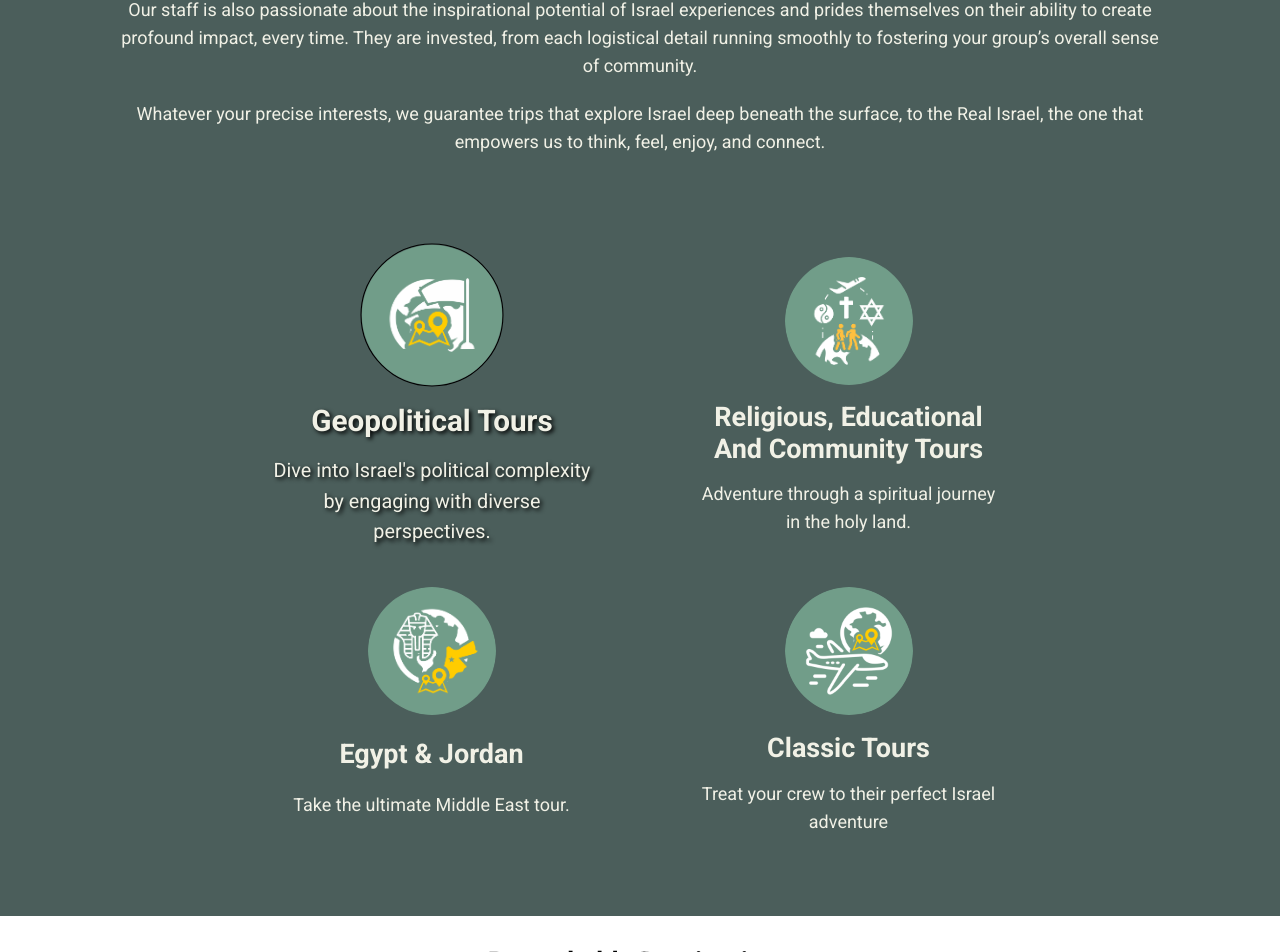
Repository: Pafestivo/realIsraelTours
Page: / (app in frontend/)
The author's editor kept a copy of each file at every save. The page is drawn from the files as they stood at one save, then again after the next save.
The browser window is 1280 px wide. The pictures show the part of the page from y = 978 to 1930 px (the page is 2108 px tall).
The pointer rests on the first visible `.tripCard`.
The project was rebuilt for these pictures with package versions that can differ from the ones it lists, and the page was loaded fresh each time. The framework's server and built-in components were replaced by stand-ins that run in the browser. Also part of the build but not shown: frontend/next.config.js. Imported but missing from the stored project, and not drawn on this page: frontend/src/assets/videoBG.mp4.

Above is the page before, as saved 2023-09-20 16:36:48.

### frontend/src/app/layout.tsx
import type { Metadata } from "next";
import "@/styles/globals.css";
import { roboto } from "@/app/fonts";
import { config } from "@fortawesome/fontawesome-svg-core";
import "@fortawesome/fontawesome-svg-core/styles.css";
config.autoAddCss = false; // Tell Font Awesome to skip adding the CSS automatically since it's being imported above

export const metadata: Metadata = {
  title: "Real Israel Tours",
  description: "Plan your next tour",
};

export default function RootLayout({
  children,
}: {
  children: React.ReactNode;
}) {
  return (
    <html lang="en">
      <body className={roboto.className}>
        <div style={{ overflowX: "hidden" }}>{children}</div>
      </body>
    </html>
  );
}

### frontend/src/app/page.tsx
import Header from "@/components/Header";
import "@/styles/homePage.css";
import BackgroundVideo from "@/components/BackgroundVideo";
import ScrollArrow from "@/components/ScrollArrow";
import TripCard from "@/components/TripCard";
import geoPoliticalIcon from "@/assets/Geopolitical-icon.png";
import religious from "@/assets/Religious-and-educational.png";
import egpyt from "@/assets/Egypt-and-Jordan.png";
import classicTours from "@/assets/classic-tours.png";
import Destinations from "@/components/Destinations";

export default function Home() {
  return (
    <div>
      <Header currentlyActivePage="Home" />
      <div className="cta-div">
        <div className="content">
          <h1>Custom made Israeli adventures</h1>
          <button>
            <span></span>Start Your Journey
          </button>
          <ScrollArrow />
        </div>
        <BackgroundVideo />
      </div>
      <div className="pageContainer">
        <section className="whyTravelWithUs">
          <h1>Why Travel With Real Israel Tours?</h1>
          <p className="info-block">
            We craft experiences that speak to our participants. We are
            long-time hands-on professionals who thoroughly get to know our
            clients and dedicate ourselves optimizing each moment to
            specifically match its participants.
          </p>
          <p className="info-block">
            After 8 years, we have a vast and high-quality network of trusted
            connections with every type of activity, site, and speaker the
            country can offer, waiting to be meticulously chosen and built into
            another cohesive journey.
          </p>
          <p className="info-block">
            Our staff is also passionate about the inspirational potential of
            Israel experiences and prides themselves on their ability to create
            profound impact, every time. They are invested, from each logistical
            detail running smoothly to fostering your group’s overall sense of
            community.
          </p>
          <p className="info-block">
            Whatever your precise interests, we guarantee trips that explore
            Israel deep beneath the surface, to the Real Israel, the one that
            empowers us to think, feel, enjoy, and connect.
          </p>
        </section>

        <section className="tripTypes">
          <TripCard
            image={geoPoliticalIcon}
            tripName="Geopolitical Tours"
            tripDescription="Dive into Israel's political complexity by engaging with diverse perspectives."
          />

          <TripCard
            image={religious}
            tripName="Religious, Educational And Community Tours"
            tripDescription="Adventure through a spiritual journey in the holy land."
          />

          <TripCard
            image={egpyt}
            tripName="Egypt & Jordan"
            tripDescription="Take the ultimate Middle East tour."
          />

          <TripCard
            image={classicTours}
            tripName="Classic Tours"
            tripDescription="Treat your crew to their perfect Israel adventure"
          />
        </section>

        <section className="destinations">
          <Destinations />
        </section>
      </div>
    </div>
  );
}

### frontend/src/styles/globals.css
:root {
  --main-bg-color: #4b5e5b;
  --main-title-color: #F1F1E6;
  --main-text-color: #F1F1E6;
  --accent-orange: #ffc03f;
  --hover-accent-orange: #bd7e00;
}

* {
  padding: 0;
  margin: 0;
  box-sizing: border-box;
}

body {
  font-size: 18px;
  background-color: var(--main-bg-color);
  overflow-x: hidden;
}

p {
  line-height: 28px;
}

a {
  color: inherit;
  text-decoration: none;
}

section {
  margin: 30px 0;
  padding: 20px 120px;
  border: none;
}

.mobile-only {
  display: none;
}

.desktop-only {
  display: block;
}

.activated {
  color: var(--accent-orange);
}

@media screen and (max-width: 768px) {
  section {
    padding: 20px 10px;
  }

  .mobile-only {
    display: block;
  }

  .desktop-only {
    display: none;
  }
}

### frontend/src/app/fonts.tsx
import { Inter, Merriweather, Roboto } from "next/font/google";

export const inter = Inter({ subsets: ["latin"] });

export const merriweather = Merriweather({
  weight: ["400", "700"],
  style: ["normal", "italic"],
  subsets: ["latin"],
  display: "swap",
});

export const roboto = Roboto({
  weight: ["400", "700"],
  style: ["normal", "italic"],
  subsets: ["latin"],
  display: "swap",
});

// export const Mooli = Mooli({
//   weight: ["400", "700"],
//   style: ["normal", "italic"],
//   subsets: ["latin"],
//   display: "swap",
// });

### frontend/src/components/Header.tsx
"use client";
import React, { useEffect, useState } from "react";
import Image from "next/image";
import logo from "@/assets/logo.png";
import "@/styles/header.css";
import Link from "next/link";

interface HeaderProps {
  currentlyActivePage: string;
}

const Header = ({ currentlyActivePage }: HeaderProps) => {
  const [isMenuOpen, setMenuOpen] = useState(false);
  const [isScrolled, setIsScrolled] = useState(false);

  const toggleMenu = () => {
    setMenuOpen(!isMenuOpen);
  };

  useEffect(() => {
    const handleScroll = () => {
      setIsScrolled(window.scrollY > 100);
    };

    window.addEventListener("scroll", handleScroll);

    return () => {
      window.removeEventListener("scroll", handleScroll);
    };
  }, []);

  return (
    <div className={`header ${isScrolled ? "" : "transparent"}`}>
      <Link href="/">
        <Image className="headerLogo" src={logo} alt="logo" />
      </Link>
      <div className={`navbar ${isMenuOpen ? "open" : ""}`}>
        <button onClick={toggleMenu} className="close-button">
          ✕
        </button>{" "}
        <Link
          className={currentlyActivePage === "Home" ? "activated" : ""}
          href="/"
        >
          Home
        </Link>
        <Link
          className={currentlyActivePage === "Tours" ? "activated" : ""}
          href="/"
        >
          Tours
        </Link>
        <Link
          className={currentlyActivePage === "Gallery" ? "activated" : ""}
          href="/"
        >
          Gallery
        </Link>
        <Link
          className={currentlyActivePage === "AboutUs" ? "activated" : ""}
          href="/"
        >
          About Us
        </Link>
        <Link
          className={currentlyActivePage === "ContactUs" ? "activated" : ""}
          href="/"
        >
          Contact Us
        </Link>
        <hr className="mobile-only" />
        <p className="mobile-only">+972 52 335 5687</p>
        <p className="mobile-only">Elad@realisraeltours.com</p>
        <button className="inquire mobile-only">Inquire Now</button>
      </div>
      <button onClick={toggleMenu} className="hamburger">
        ☰
      </button>
      <button className="inquire desktop-only">Inquire Now</button>
    </div>
  );
};

export default Header;

### frontend/src/styles/homePage.css
.pageContainer {
  display: flex;
  flex-direction: column;
  justify-content: center;
  margin: 0 auto;
  padding: 0;
  max-width: 1450px;
  text-align: center;
  color: var(--main-text-color);
}

.cta-div {
  height: 100vh;
  width: 100vw;
  display: flex;
  justify-content: center;
  align-items: center;
}

.content {
  position: absolute;
  display: flex;
  flex-direction: column;
  justify-content: center;
  align-items: center;
  padding: 40px 0;
  width: 100vw;
  height: 100vh;
  background-color: rgba(0, 0, 0, 0.3);
  row-gap: 40px;
  overflow-x: hidden;
  text-align: center;
}

.content h1 {
  font-size: 5em;
}

.content button {
  font-size: 1.4em;
  padding: 14px 40px;
  border-radius: 5px;
  z-index: 1;
  position: relative;
  overflow: hidden;
}

/* an hover effect for two arrows and then rectangle */
.content button::before {
  content: "";
  position: absolute;
  top: 0;
  left: -100%;
  width: 50%;
  height: 100%;
  background-color: var(--hover-accent-orange);
  transition: all 0.5s ease-in-out;
  z-index: -1;
  clip-path: polygon(0% 0%, 100% 50%, 0% 100%);
}

.content button span {
  content: "";
  position: absolute;
  top: 0;
  left: -200%;
  width: 50%;
  height: 100%;
  background-color: var(--hover-accent-orange);
  transition: all 0.5s ease-in-out 0.16s;
  z-index: -1;
  clip-path: polygon(0% 0%, 100% 50%, 0% 100%);
}

.content button::after {
  content: "";
  position: absolute;
  top: 0;
  left: -300%;
  width: 100%;
  height: 100%;
  background-color: var(--hover-accent-orange);
  transition: all 0.5s ease-in-out 0.22s;
  z-index: -1;
}

.content button:hover::before {
  left: 100%;
}

.content button:hover span {
  left: 100%;
}

.content button:hover::after {
  left: 0;
}

.content button:hover {
  color: white;
}
/* end of arrows effect */


.content .arrow-down {
  position: absolute;
  color: var(--accent-orange);
  font-size: 3em;
  bottom: 20px;
}

h1 {
  color: var(--main-title-color);
}

.whyTravelWithUs {
  display: flex;
  flex-direction: column;
  row-gap: 20px;
}

.tripTypes {
  display: grid;
  grid-template-columns: 1fr 1fr;
  width: 80%;
  align-self: center;
  row-gap: 80px;
  column-gap: 50px;
  justify-content: center;
  align-items: center;
  place-items: center;
}

.destinations {
  background-color: white;
  width: 100vw;
  margin-bottom: 0;
  padding-top: 30px;
}

@media screen and (max-width: 768px) {
  .content h1 {
    font-size: 3em;
  }

  .content .arrow-down {
    font-size: 1.3em;
  }

  .tripTypes {
    grid-template-columns: 1fr;
  }

  .destinations {
    padding: 50px 20px;
  }
}

@media screen and (min-width: 1440px) {
  .tripTypes {
    width: 130%;
    grid-template-columns: 1fr 1fr 1fr 1fr;
    overflow-x: visible;
  }
}

### frontend/src/components/BackgroundVideo.tsx
import videoBG from "@/assets/videoBG.mp4";
import "@/styles/backgroundVideo.css";

export default function BackgroundVideo() {
  return (
    <video autoPlay muted loop>
      <source className="background-video" src={videoBG} type="video/mp4" />
    </video>
  );
}

### frontend/src/components/ScrollArrow.tsx
"use client";
import React, { useState, useEffect } from "react";
import { FontAwesomeIcon } from "@fortawesome/react-fontawesome";
import { faArrowDown } from "@fortawesome/free-solid-svg-icons";

const ScrollArrow = () => {
  const [showArrow, setShowArrow] = useState(true); // State to control arrow visibility

  useEffect(() => {
    // Function to handle scroll event
    const handleScroll = () => {
      if (window.scrollY > 0 && showArrow) {
        setShowArrow(false); // Hide the arrow if the user starts scrolling
      }
    };

    // Attach the scroll event listener
    window.addEventListener("scroll", handleScroll);

    // Cleanup: remove the event listener when the component unmounts
    return () => {
      window.removeEventListener("scroll", handleScroll);
    };
  }, [showArrow]); // Re-run the effect if showArrow changes

  return showArrow ? (
    <FontAwesomeIcon className="arrow-down" icon={faArrowDown} bounce />
  ) : null;
};

export default ScrollArrow;

### frontend/src/components/TripCard.tsx
import Image, { StaticImageData } from "next/image";
import React from "react";
import "@/styles/tripCard.css";

interface tripCardProps {
  image: StaticImageData;
  tripName: string;
  tripDescription: string;
}

const TripCard = ({ image, tripName, tripDescription }: tripCardProps) => {
  return (
    <div className="tripCard">
      <Image className="tripIcon" src={image} alt="tripIcon" />
      <h2>{tripName}</h2>
      <p>{tripDescription}</p>
    </div>
  );
};

export default TripCard;

### frontend/src/components/Destinations.tsx
import React from "react";
import "@/styles/destinations.css";

const Destinations = () => {
  return (
    <div className="destinations-div">
      <h1>Remarkable Destinations</h1>
      <p>
        Our travel experts build customized adventures, allowing you to discover
        any of this compelling country’s awe-inspiring sites. Whether you want
        to dive deep into history, religion, politics, culture or outdoors
        adventure, we can advise you on which iconic destinations to choose and
        build an experience in each tailored to your interests. Describe your
        dream trip and we’ll configure an itinerary that surpasses all your
        expectations.
      </p>
    </div>
  );
};

export default Destinations;

### frontend/src/styles/header.css
.header {
  position: absolute;
  width: 100vw;
  display: flex;
  justify-content: space-between;
  align-items: center;
  background-color: rgba(0, 0, 0, 0.3);
  transition: background-color 0.3s ease;
  padding: 20px 40px;
  z-index: 1000;
}

.header.transparent {
  background-color: rgba(0, 0, 0, 0.3);
}

.headerLogo {
  width: 200px;
  height: auto;
}

.navbar {
  display: flex;
  font-size: 1.1em;
  justify-content: space-around;
  align-items: center;
  column-gap: 20px;
  color: white;
}

button {
  background-color: var(--accent-orange);
  border: none;
  font-size: 1.15em;
  padding: 10px 20px;
  cursor: pointer;
  border-radius: 5px;
}

.hamburger {
  display: none;
}

.close-button {
  font-size: 1.5em;  /* Increase size for tap-ability */
  background: none;
  border: none;
  color: white;  /* Make it the same color as the text for harmony */
  cursor: pointer;
  position: absolute;  /* Absolute position within the navbar */
  top: 15px;  /* Position from the top */
  right: 15px;  /* Position from the right */
  padding: 5px;  /* A little padding to make it more tap-able */
  z-index: 10;  /* Just in case, to make it appear above all other items */
}

@media screen and (min-width: 769px) {
  .close-button {
    display: none;
  }
}

@media screen and (max-width: 768px) {
  .navbar {
    position: fixed;
    right: -120%;
    top: 0;
    bottom: 0;
    width: 100vw;
    font-size: 1.3em;
    flex-direction: column;
    background-color: rgba(255, 192, 63, 0.9);
    color: black;
    transition: right 0.3s ease-in-out;
    justify-content: flex-start;
    align-items: center;
    row-gap: 20px;
    padding: 110px 0; /* Reduced right/left padding */
    font-size: 1.4em; /* Increased font size for better readability */
    background-color: #333;  /* Darker background */
    color: white; /* Keep text color white for contrast */
    row-gap: 30px; /* Increased gap between rows for breathing space */
  }

  /* Adding a hover effect to indicate interactivity */
  .navbar a:hover,
  .navbar button:hover {
    color: var(--accent-orange); /* Add your own accent color */
  }

  .navbar.open {
    right: 0;
  }

  .hamburger {
    display: block;
  }
}

/* Media query for very large screens */
@media screen and (min-width: 1440px) {
  .navbar {
    font-size: 1.5em;
  }

  button {
    font-size: 1.5em;
  }
}

### frontend/src/styles/backgroundVideo.css
video {
  width: 100%;
  height: 100%;
  object-fit: cover;
}

### frontend/src/styles/tripCard.css
.tripCard {
  display: grid;
  grid-template-rows: 2fr 1fr 1fr;
  flex-direction: column;
  justify-content: center;
  align-items: center;
  place-items: center;
  row-gap: 15px;
  max-width: 300px;
  height: 250px;
  cursor: pointer;
  transition: all 0.2s ease-in-out;
}

.tripIcon {
  width: 130px;
  height: 130px;
  border-radius: 50%;
  border: 1px solid transparent;
}

.tripCard:hover {
  transform: scale(1.1)
}

.tripCard p {
  align-self: flex-start;
}

.tripCard:hover h2,
.tripCard:hover p {
  text-shadow: 2px 2px 4px #000000;
}

.tripCard:hover .tripIcon {
  border: 1px solid black;
}

### frontend/src/styles/destinations.css
.destinations-div {
  display: flex;
  flex-direction: column;
  row-gap: 20px;
  justify-self: center;
  color: #4b5e5b;
}

.destinations-div h1 {
  color: black;
}

After the next save:
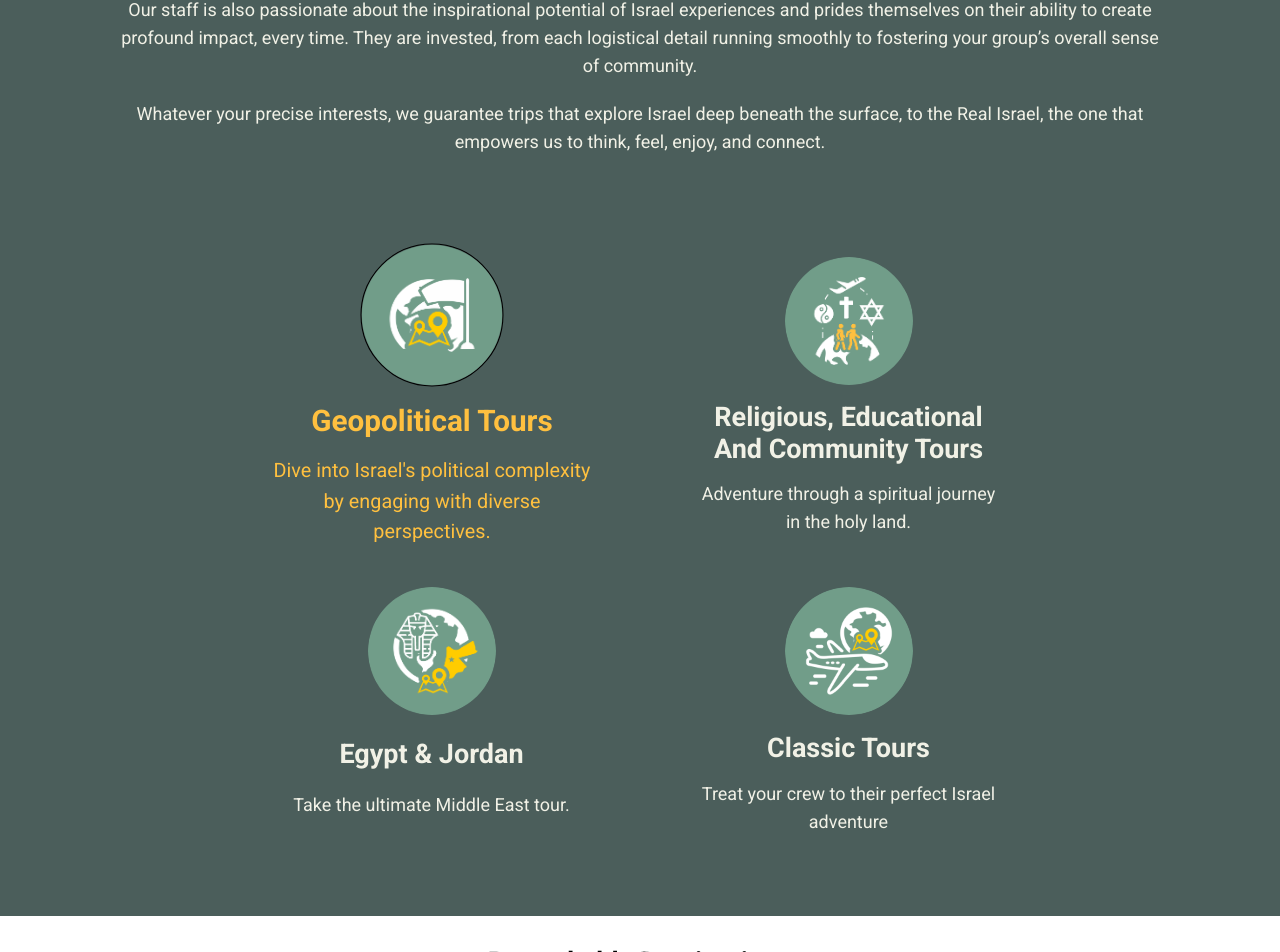
Saved 57 s later.
--- a/frontend/src/styles/tripCard.css
+++ b/frontend/src/styles/tripCard.css
@@ -29,7 +29,7 @@
 
 .tripCard:hover h2,
 .tripCard:hover p {
-  text-shadow: 2px 2px 4px #000000;
+  color: var(--accent-orange);
 }
 
 .tripCard:hover .tripIcon {
